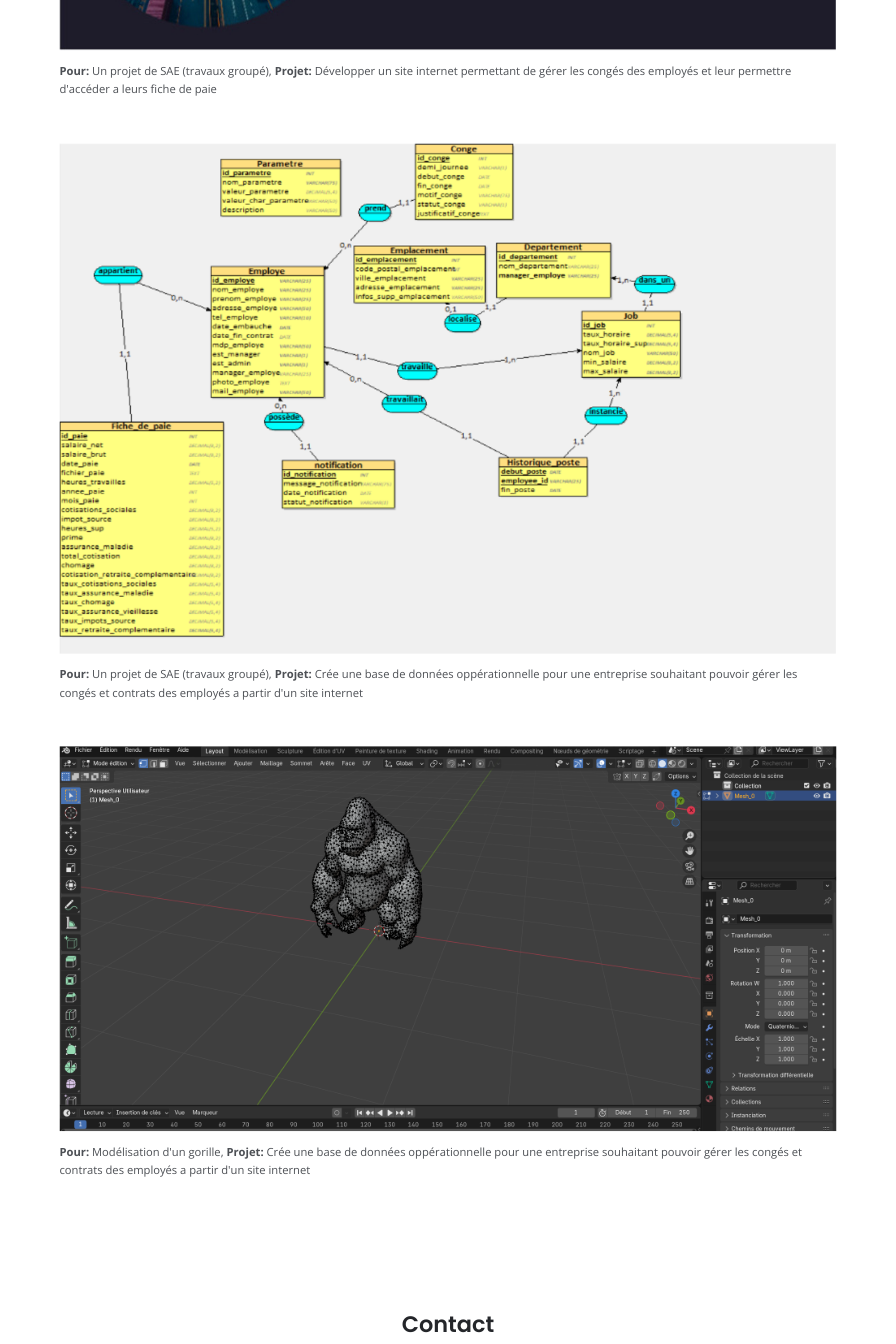
Repository: J2S80000/Portfolio
Page: index.html
The author's editor kept a copy of each file at every save. The page is drawn from the files as they stood at one save, then again after a run of saves.
The browser window is 1280 px wide. The pictures show the part of the page from y = 4580 to 6500 px (the page is 8199 px tall before and 8173 px after), at 70% of full size.

Above is the page before, as saved 2025-05-12 23:03:05.

After the next 2 saves:
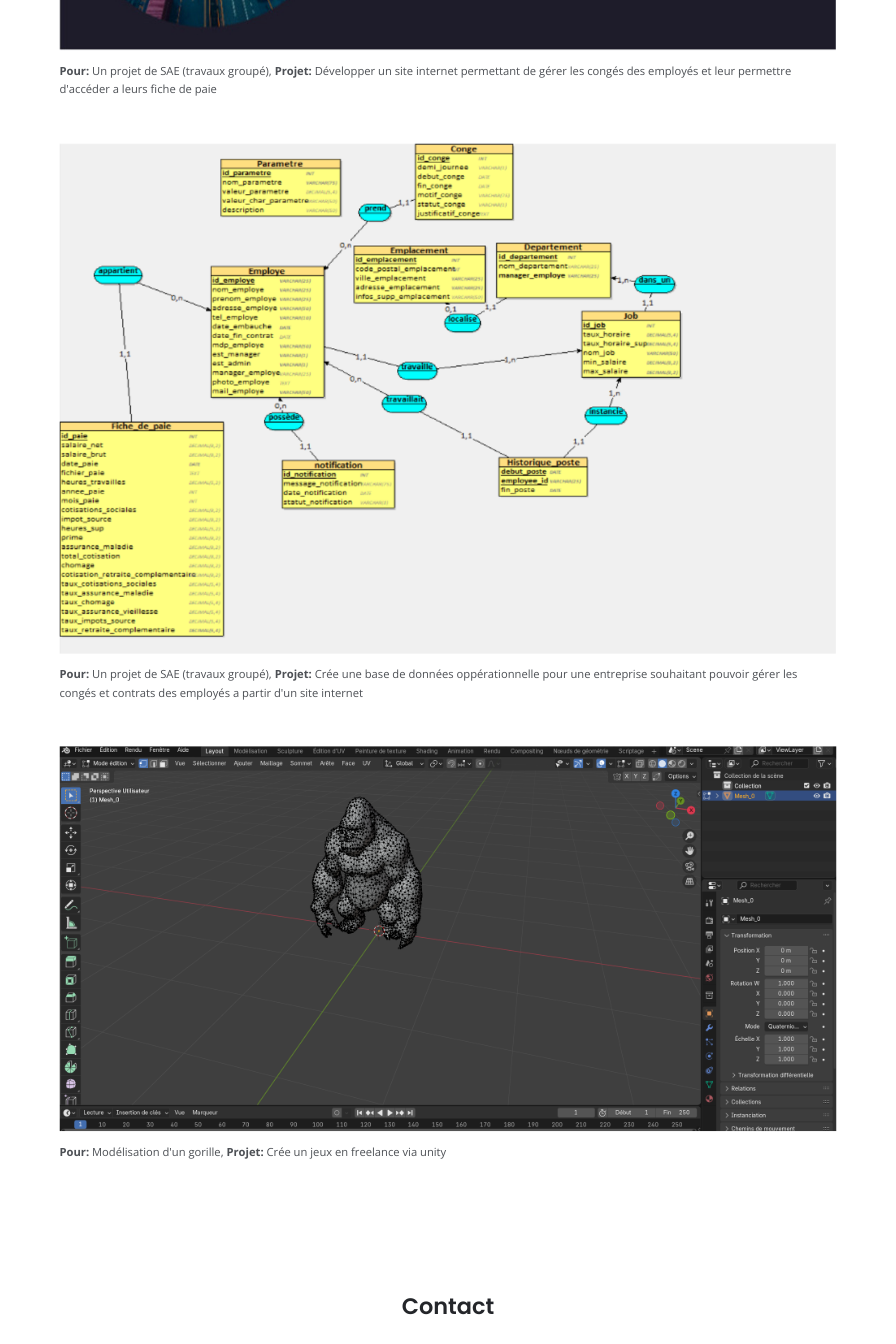
The 2 saves are shown as one change because they came seconds apart.
The last was saved 25 s later.
--- a/index.html
+++ b/index.html
@@ -250,7 +250,7 @@
                                 <img class="img-fluid" src="images/gorille.png" alt="alternative">
                             </a>
                         </div> <!-- end of image-container -->
-                        <p><strong>Pour:</strong> Modélisation d'un gorille, <strong>Projet:</strong> Crée une base de données oppérationnelle pour une entreprise souhaitant pouvoir gérer les congés et contrats des employés a partir d'un site internet</p>
+                        <p><strong>Pour:</strong> Modélisation d'un gorille, <strong>Projet:</strong> Crée un jeux en freelance via unity</p>
 
                 </div> <!-- end of col -->
             </div> <!-- end of row -->
